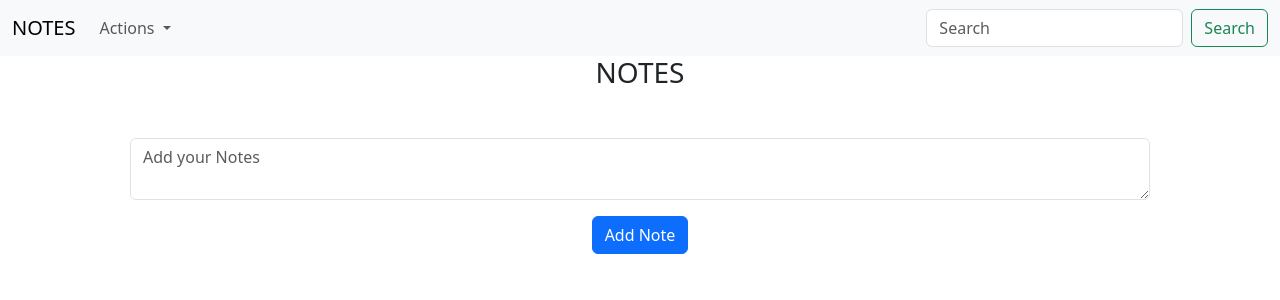
Repository: Qu4ntumGuy/flask-notes
Page: http://localhost/
The author's editor kept a copy of each file at every save. The page is drawn from the files as they stood at one save, then again after the next save.
The browser window is 1280 px wide. The pictures show the whole page.
The page is served by the project's application, run on Flask 3 (website/__init__.py). The user the application loads for id 1 is signed in. The page reads the database file committed with the project.

Above is the page before, as saved 2024-05-30 22:27:06.

After the next save:
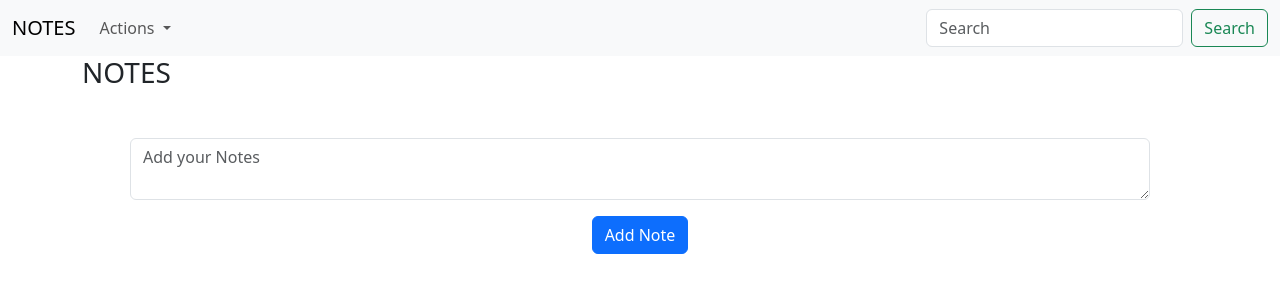
Saved 75 s later.
--- a/website/templates/home.html
+++ b/website/templates/home.html
@@ -1,7 +1,7 @@
 {%extends "index.html" %} {% block title %}  {{title}} {% endblock %}
 
 {% block content %}
-<div align="center">
+<div align="center mt-5">
     <h3>NOTES</h3>
 </div>
 <form method="post" class="m-5">
